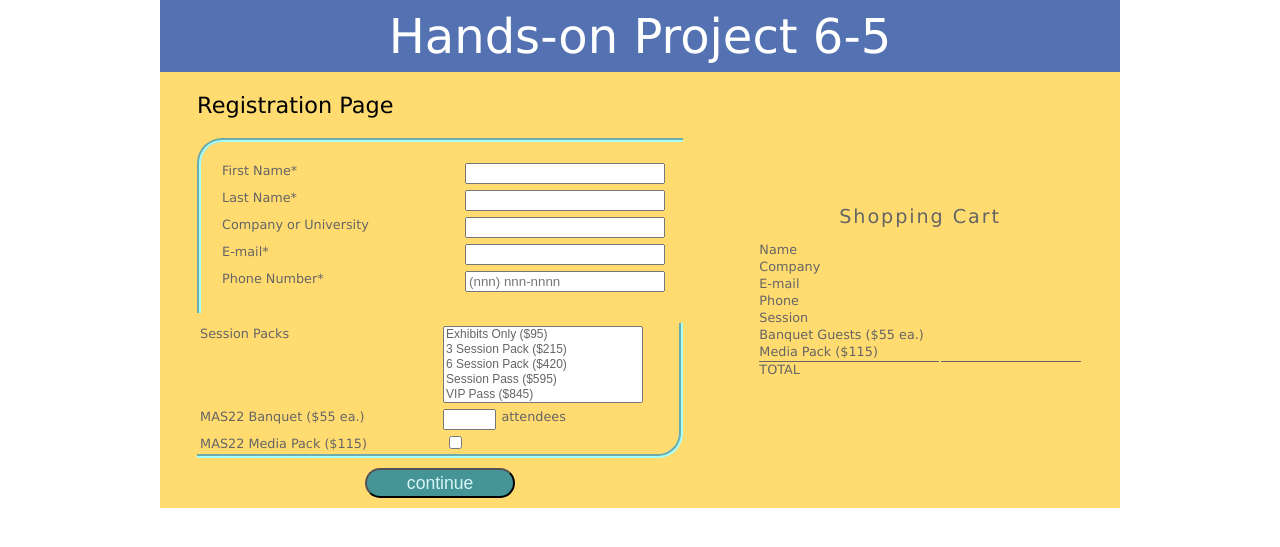
Repository: sandhya8109/hbommi_srimal4-js06-main
Page: hbommi_srimal4-js06-main/project05/project06-05_txt.html
The author's editor kept a copy of each file at every save. The page is drawn from the files as they stood at one save, then again after the next save.
The browser window is 1280 px wide. The pictures show the whole page.

Above is the page before, as saved 2025-03-04 09:30:21.
Console error: SyntaxError: missing ) after argument list

After the next save:
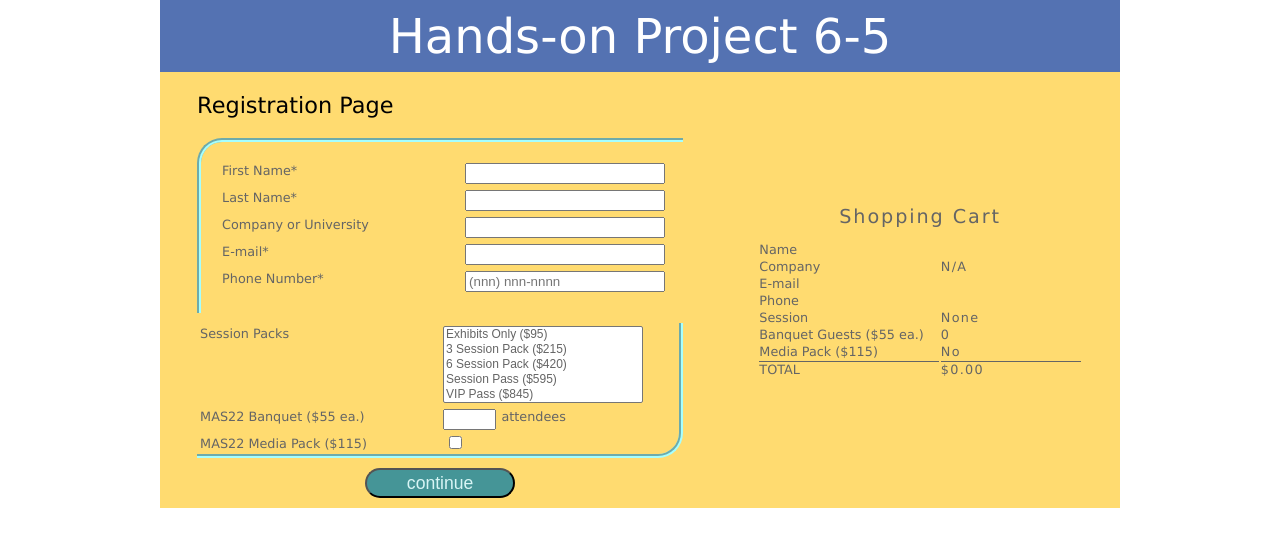
The error is gone.
Saved 16 min 10 s later.
--- a/hbommi_srimal4-js06-main/project05/project06-05_txt.js
+++ b/hbommi_srimal4-js06-main/project05/project06-05_txt.js
@@ -8,78 +8,77 @@
       Date:
 
       Filename: project06-05.js
+*/"use strict";
+/*    JavaScript 7th Edition
+      Chapter 6
+      Project 06-05
+
+      Registration Form with Dynamic Cart Update
+      Author:
+      Date:
+
+      Filename: project06-05.js
 */
 
 window.addEventListener("load", function() {
    // Calculate the shopping cart when the page loads
    calcCart();
 
-   // Verify that the user has selected a session to attend
-   document.getElementById("regSubmit").click = sessionTest;
+   // Verify that the user has selected a session before submitting
+   document.getElementById("regSubmit").addEventListener("click", sessionTest);
 
-   // Recalculate the shopping chart when any field loses the focus
-   document.getElementById("fnBox").blur = calcCart;
-   document.getElementById("lnBox").blur = calcCart;
-   document.getElementById("groupBox").blur = calcCart;
-   document.getElementById("mailBox").blur = calcCart;
-   document.getElementById("phoneBox").blur = calcCart;
-   document.getElementById("sessionBox").change = calcCart;
-   document.getElementById("banquetBox").blur = calcCart;
-   document.getElementById("mediaCB").click = calcCart;
+   // Recalculate the shopping cart when any relevant field loses focus or changes
+   document.getElementById("fnBox").addEventListener("blur", calcCart);
+   document.getElementById("lnBox").addEventListener("blur", calcCart);
+   document.getElementById("groupBox").addEventListener("blur", calcCart);
+   document.getElementById("mailBox").addEventListener("blur", calcCart);
+   document.getElementById("phoneBox").addEventListener("blur", calcCart);
+   document.getElementById("sessionBox").addEventListener("change", calcCart);
+   document.getElementById("banquetBox").addEventListener("blur", calcCart);
+   document.getElementById("mediaCB").addEventListener("click", calcCart);
 });
 
-
 // Function to verify that a session was selected by the user
-function sessionTest() {
-   var confSession = document.getElementById("sessionBox");
+function sessionTest(event) {
+   let confSession = document.getElementById("sessionBox");
    if (confSession.selectedIndex === -1) {
-      confSession.setValidity("Select a Session Package");
-   } else {
-      confSession.setValidity("");
+      alert("Please select a Session Package.");
+      event.preventDefault(); // Stop form submission
    }
 }
 
 // Function to calculate the shopping cart total
 function calcCart() {
+   let form = document.forms.register;
 
    // Calculate the banquet cost for all guests
-   let guestCost = document.forms.register.elements.banquetGuests.value*55;
-   document.getElementById("regBanquet").textContent = document.forms.register.elements.banquetGuests.value;
+   let guestCount = form.elements.banquetGuests.value;
+   let guestCost = guestCount * 55;
+   document.getElementById("regBanquet").textContent = guestCount || "0";
 
    // Determine the cost of the selected session
-   let sessionCost = 0;       // Initial cost of the session
-   let sessionChoice = "";    // Initial chosen session
+   let sessionCost = 0;
+   let sessionChoice = "";
+   let sessionBox = document.getElementById("sessionBox");
 
-   // Index of the chosen session
-   let selectedSession = document.getElementById("sessionBox").index;
-
-   // Retrieve the name and cost of the selected session
-   if (selectedSession !== -1) {
-      sessionChoice = document.forms.register.elements.sessionBox[selectedSession].text;
-      sessionCost = document.forms.register.elements.sessionBox[selectedSession].value;
+   if (sessionBox.selectedIndex !== -1) {
+      sessionChoice = sessionBox.options[sessionBox.selectedIndex].text;
+      sessionCost = parseFloat(sessionBox.value);
    }
 
    // Determine the cost of the media pack
-   let mediaCost = 0;      // Initial media cost
-   let mediaChoice = "";   // Initial media choice
+   let mediaCost = form.elements.mediaPack.checked ? 115 : 0;
+   let mediaChoice = form.elements.mediaPack.checked ? "Yes" : "No";
 
-   // If the user selects the media pack, update the choice and cost
-   if (document.forms.register.elements.mediaCB.check) {
-      mediaChoice = "yes";
-      mediaCost = 115;
-   }
-
-   // Calculate total cost of the conference
-   // Multiply field values by 1 to convert them from text strings to numeric values
-   let totalCost = guestCost*1 + sessionCost*1 + mediaCost*1;
+   // Calculate total cost
+   let totalCost = guestCost + sessionCost + mediaCost;
 
    // Display the field values and calculated values in the Shopping Cart table
-   document.getElementById("regName").textContent = document.forms.register.elements.firstName.value + " " + document.forms.register.elements.lastName.value;
-   document.getElementById("regGroup").textContent = document.forms.register.elements.group.value;
-   document.getElementById("regEmail").textContent = document.forms.register.elements.email.value;
-   document.getElementById("regPhone").textContent = document.forms.register.elements.phoneNumber.value;
-   document.getElementById("regSession").textContent = sessionChoice;
-   document.getElementById("regBanquet").textContent = document.forms.register.elements.banquetGuests.value;
+   document.getElementById("regName").textContent = form.elements.firstName.value + " " + form.elements.lastName.value;
+   document.getElementById("regGroup").textContent = form.elements.group.value || "N/A";
+   document.getElementById("regEmail").textContent = form.elements.email.value;
+   document.getElementById("regPhone").textContent = form.elements.phoneNumber.value;
+   document.getElementById("regSession").textContent = sessionChoice || "None";
    document.getElementById("regPack").textContent = mediaChoice;
-   document.getElementById("regTotal").textContent = totalCost.toLocaleString("en-US", style: "currency", currency: "USD");
+   document.getElementById("regTotal").textContent = totalCost.toLocaleString("en-US", { style: "currency", currency: "USD" });
 }
